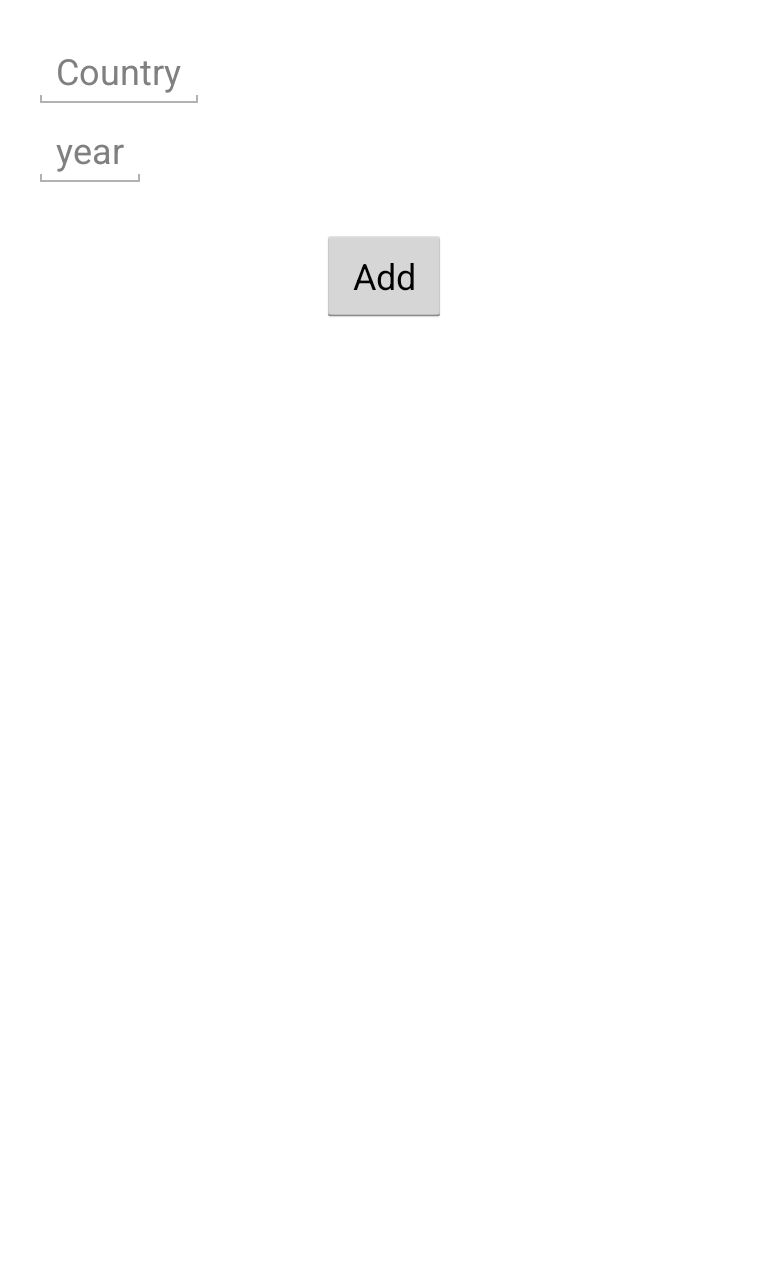
Repository: me222rs/AndroidLab1
Layout: MyCountries/res/layout/activity_add_country.xml
These files come from the project's save history. The layout is drawn as it stood at one moment and after the next save; the edit follows.
It is drawn on a 768 x 1280 px phone screen (xhdpi) without system bars, with theme AppTheme; the app's code is not run.

Above is the layout before, as saved 2014-11-20 10:44:29.

After the next save:
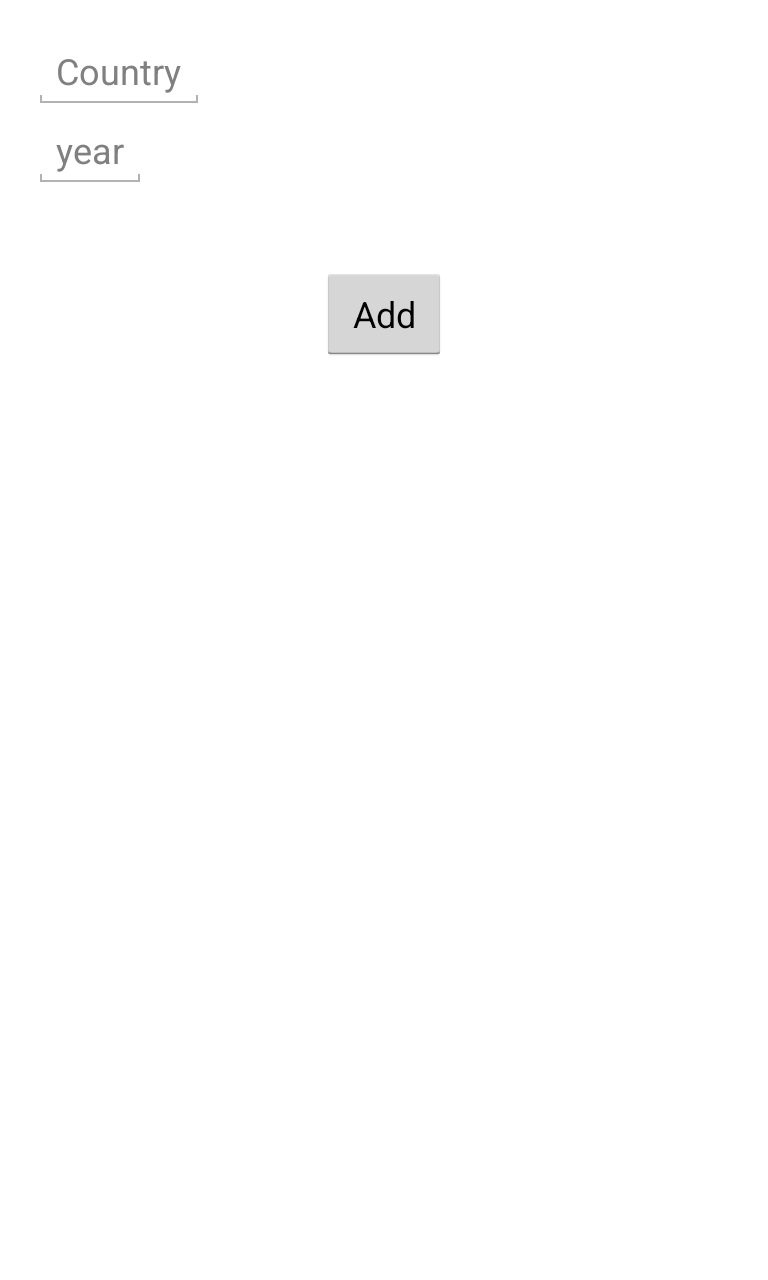
Saved 23 s later.
--- a/MyCountries/res/layout/activity_add_country.xml
+++ b/MyCountries/res/layout/activity_add_country.xml
@@ -34,6 +34,13 @@
 		android:text=""
 		/>
 
+	    <TextView
+		android:id="@+id/CerrorMessage"
+		android:layout_width="wrap_content"
+		android:layout_height="wrap_content"
+		android:text=""
+		/>
+
 
 	    <Button
         android:id="@+id/add"
